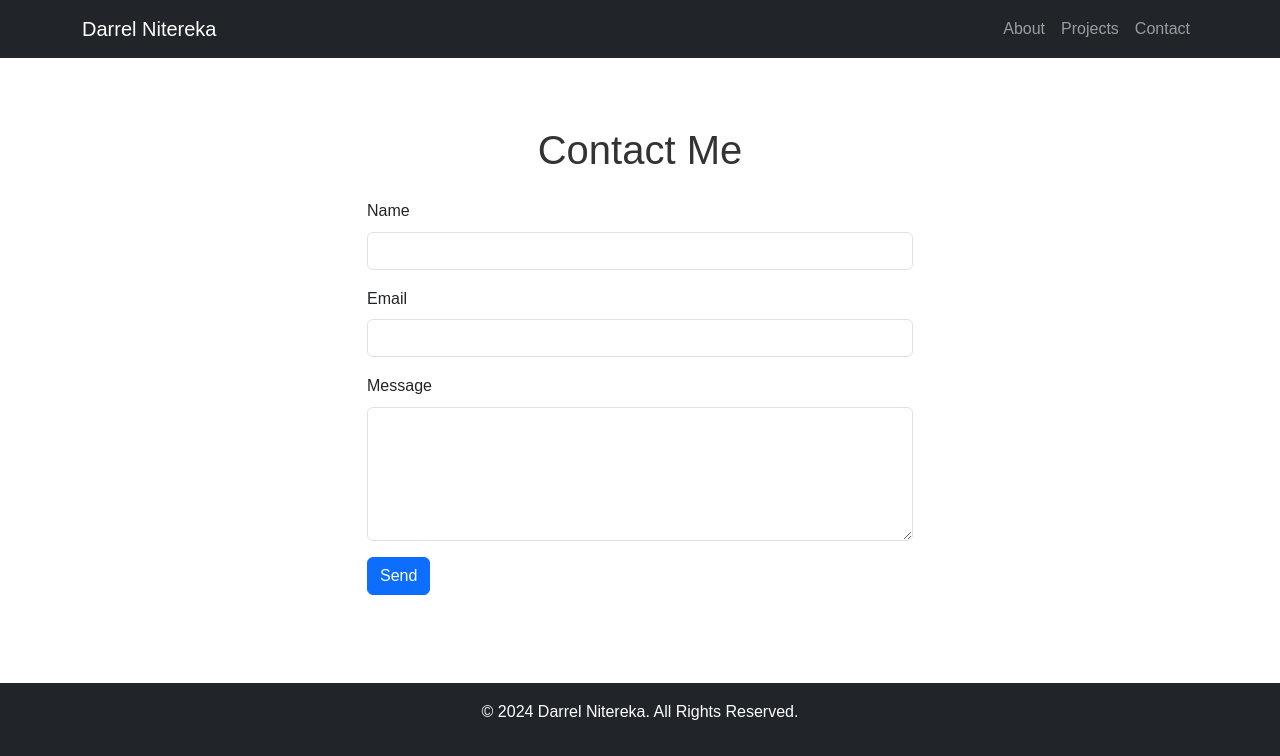
Repository: DarrelN15/DarrelN15.github.io
Page: contact.html
An editor plug-in stored every save of this project. The page is shown before and after the next save, followed by the edit.
The browser window is 1280 px wide. The pictures show the whole page.

Above is the page before, as saved 2025-01-28 17:07:21.

### contact.html
<!DOCTYPE html>
<html lang="en">
<head>
  <meta charset="UTF-8">
  <meta name="viewport" content="width=device-width, initial-scale=1.0">
  <title>Contact - Darrel Nitereka</title>
  <link href="https://cdn.jsdelivr.net/npm/bootstrap@5.3.0/dist/css/bootstrap.min.css" rel="stylesheet">
  <link rel="stylesheet" href="css/styles.css">
</head>
<body>
  <nav class="navbar navbar-expand-lg navbar-dark bg-dark">
    <div class="container">
      <a class="navbar-brand" href="index.html">Darrel Nitereka</a>
      <button class="navbar-toggler" type="button" data-bs-toggle="collapse" data-bs-target="#navbarNav">
        <span class="navbar-toggler-icon"></span>
      </button>
      <div class="collapse navbar-collapse" id="navbarNav">
        <ul class="navbar-nav ms-auto">
          <li class="nav-item"><a class="nav-link" href="about.html">About</a></li>
          <li class="nav-item"><a class="nav-link" href="projects.html">Projects</a></li>
          <li class="nav-item"><a class="nav-link" href="contact.html">Contact</a></li>
        </ul>
      </div>
    </div>
  </nav>

  <section class="py-5">
    <div class="container">
      <h1 class="text-center">Contact Me</h1>
      <div class="row mt-4">
        <div class="col-md-6 mx-auto">
          <form>
            <div class="mb-3">
              <label for="name" class="form-label">Name</label>
              <input type="text" class="form-control" id="name" required>
            </div>
            <div class="mb-3">
              <label for="email" class="form-label">Email</label>
              <input type="email" class="form-control" id="email" required>
            </div>
            <div class="mb-3">
              <label for="message" class="form-label">Message</label>
              <textarea class="form-control" id="message" rows="5" required></textarea>
            </div>
            <button type="submit" class="btn btn-primary">Send</button>
          </form>
        </div>
      </div>
    </div>
  </section>

  <footer class="bg-dark text-white text-center py-3">
    <div class="container">
      <p>&copy; 2024 Darrel Nitereka. All Rights Reserved.</p>
    </div>
  </footer>

  <script src="https://cdn.jsdelivr.net/npm/bootstrap@5.3.0/dist/js/bootstrap.bundle.min.js"></script>
</body>
</html>

### css/styles.css
body {
  font-family: Arial, sans-serif;
  line-height: 1.6;
}

h1, h2, h3 {
  color: #333;
}

.navbar {
  margin-bottom: 20px;
}

header {
  background: #007bff;
  color: #fff;
  padding: 60px 0;
}

.card {
  margin-bottom: 20px;
}

footer {
  background: #343a40;
  color: #fff;
  padding: 20px 0;
  margin-top: 40px;
}

After the next save:
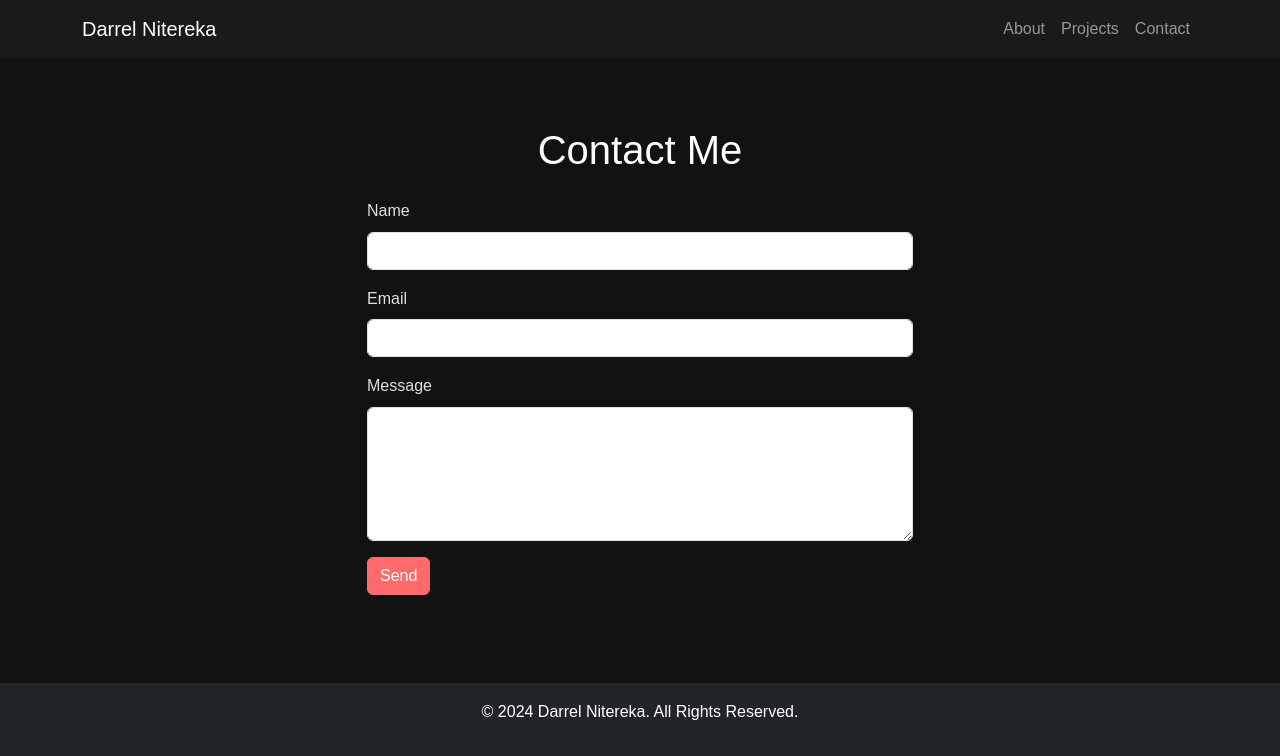
Saved 4 min 47 s later.
--- a/css/styles.css
+++ b/css/styles.css
@@ -1,29 +1,45 @@
+/* Modern Minimalist (Dark Theme) */
 body {
+  background-color: #121212;
+  color: #E0E0E0;
   font-family: Arial, sans-serif;
   line-height: 1.6;
 }
 
 h1, h2, h3 {
-  color: #333;
+  color: #FFFFFF;
 }
 
 .navbar {
+  background-color: #1A1A1A !important;
   margin-bottom: 20px;
 }
 
 header {
-  background: #007bff;
-  color: #fff;
+  background: #1A1A1A;
+  color: #FFFFFF;
   padding: 60px 0;
 }
 
+.btn-primary {
+  background-color: #FF6B6B;
+  border-color: #FF6B6B;
+}
+
+.btn-primary:hover {
+  background-color: #FF5252;
+  border-color: #FF5252;
+}
+
 .card {
+  background-color: #1A1A1A;
+  color: #E0E0E0;
   margin-bottom: 20px;
 }
 
 footer {
-  background: #343a40;
-  color: #fff;
+  background: #1A1A1A;
+  color: #E0E0E0;
   padding: 20px 0;
   margin-top: 40px;
 }
